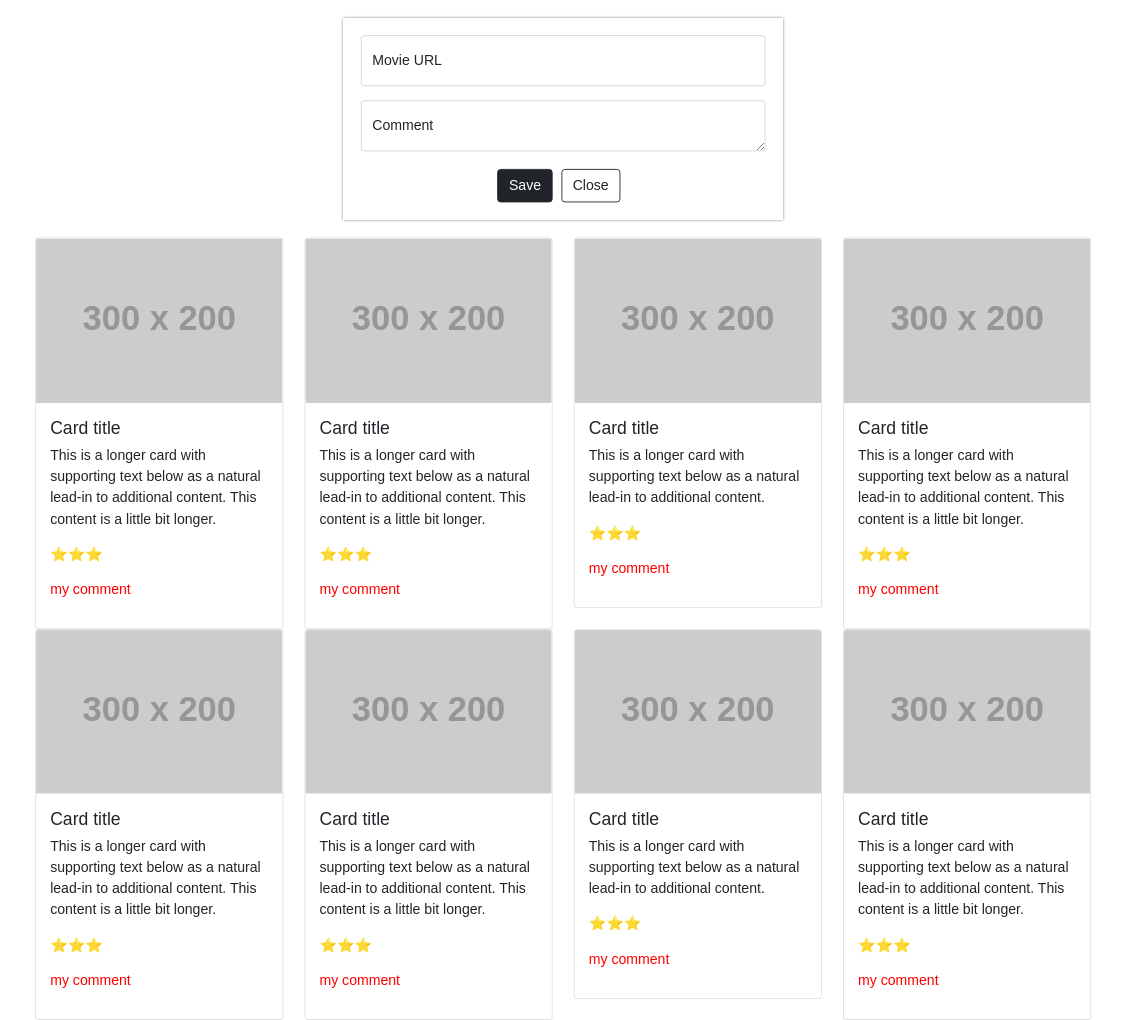
Repository: sinayaka-body/sparta
Page: frontend/bootstrap.html
An editor plug-in stored every save of this project. The page is shown before and after the next save, followed by the edit.
The browser window is 1280 px wide. The pictures show the part of the page from y = 250 to 1451 px (the page is 1409 px tall before and 1451 px after), at 88% of full size.
Some web fonts or font styles are not loaded; a fallback is used.

Above is the page before, as saved 2023-04-15 16:57:24.

After the next save:
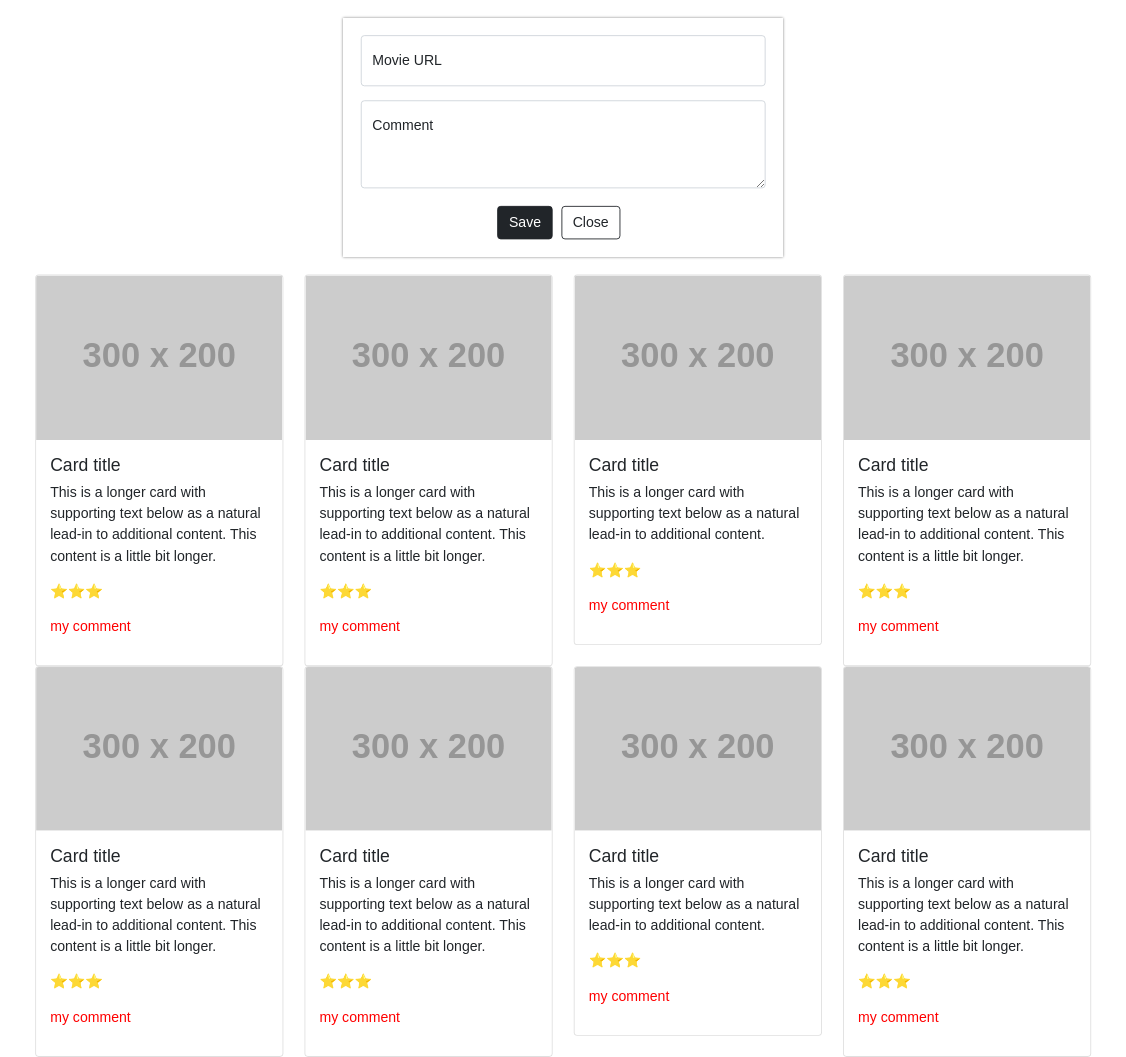
Saved 108 s later.
--- a/frontend/bootstrap.html
+++ b/frontend/bootstrap.html
@@ -90,7 +90,7 @@
         <label for="floatingInput">Movie URL</label>
       </div>
       <div class="form-floating">
-        <textarea class="form-control" placeholder="Leave a comment here" name="" id="" cols="30" rows="10"></textarea>
+        <textarea class="form-control" placeholder="Leave a comment here" name="" id="floatingTextarea2" style="height: 100px"></textarea>
         <label for="floatingTextarea2">Comment</label>
       </div>
       <div class="mybtns">
